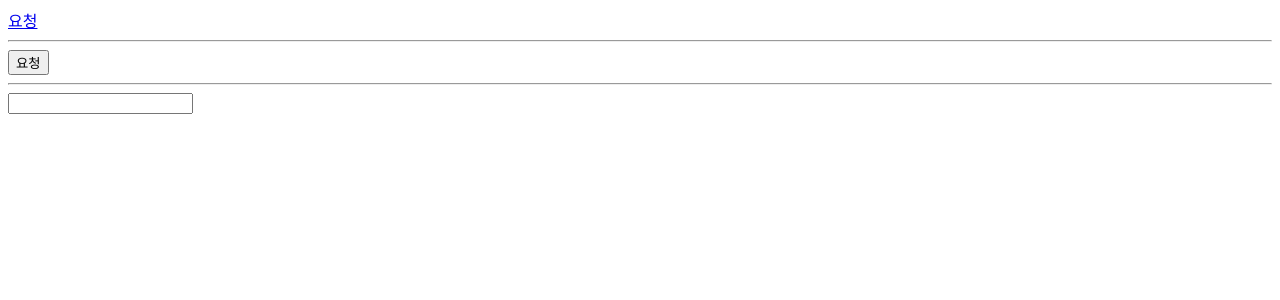
Repository: shyeom94/jspstudy
Page: 01_servlet/src/main/webapp/pkg02_request/NewFile.html
The author's editor kept a copy of each file at every save. The page is drawn from the files as they stood at one save, then again after the next save.
The browser window is 1280 px wide. The pictures show the whole page.

Above is the page before, as saved 2024-02-28 01:25:44.

### 01_servlet/src/main/webapp/pkg02_request/NewFile.html
<!DOCTYPE html>
<html>
<head>
<meta charset="UTF-8">
<title>Insert title here</title>
<!-- CDN을 이용하기 -->
<script src="https://code.jquery.com/jquery-3.7.1.min.js" integrity="sha256-/JqT3SQfawRcv/BIHPThkBvs0OEvtFFmqPF/lYI/Cxo=" crossorigin="anonymous"></script>
</head>
<body>

  <!-- <a> 태그 요청 -->
  <div>
    <!--<a href="/servlet/request?number=10&number2=1.5">요청</a>-->
    <a id="link" data-number="50" data-number2="5.5">요청</a>
  </div>

  <script>
        var link = document.getElementById('link');
        link.href = '/servlet/request?number=' + link.dataset.number + '&number2=' + link.dataset.number2;
// 프로젝트경로(contextpath)/서블릿경로(urlmapping)?서버쪽으로보내는내용
		// null 값 전달 테스트
  </script>

  <hr>

  <!-- JavaScript : location 객체 요청 -->
  <div data-number="30">
    <button type="button" id="btn" data-number2="3.5">요청</button>
  </div>

  <script>
  // jQuery 이용하기
  let $btn = $('#btn');
  $btn.on('click', (evt)=>{
	  let number = $btn.parent().data('number');
	  let number2 = $btn.data('number2');
	  location.href = `/servlet/request?number=${number}&number2=${number2}`;
  })
  </script>

  <hr>

  <!-- <form> 태그 요청 -->
  <form id="frm" method="POST" action="/servlet/request">
    <div class="inp-wrap">
      <label for=""></label>
      <input type="" name="" id="">
    </div>
  </form>

</body>
</html>

After the next save:
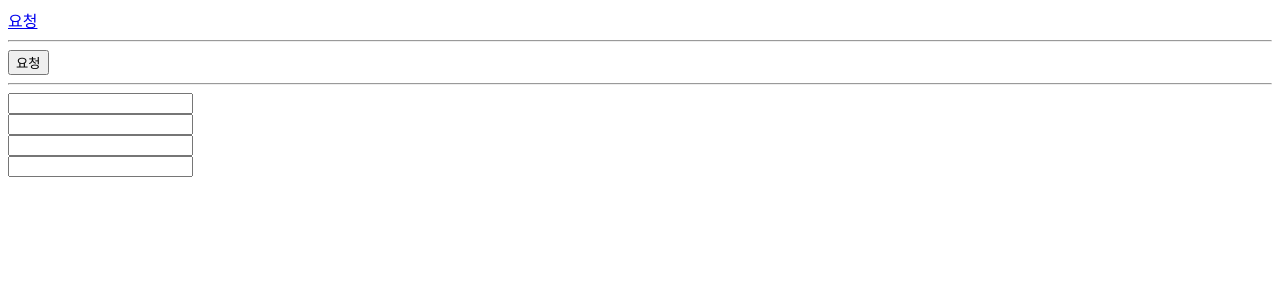
Saved 35 s later.
--- a/01_servlet/src/main/webapp/pkg02_request/NewFile.html
+++ b/01_servlet/src/main/webapp/pkg02_request/NewFile.html
@@ -46,6 +46,18 @@
       <label for=""></label>
       <input type="" name="" id="">
     </div>
+    <div class="inp-wrap">
+      <label for=""></label>
+      <input type="" name="" id="">
+    </div>
+    <div class="inp-wrap">
+      <label for=""></label>
+      <input type="" name="" id="">
+    </div>
+    <div class="inp-wrap">
+      <label for=""></label>
+      <input type="" name="" id="">
+    </div>
   </form>
 
 </body>
